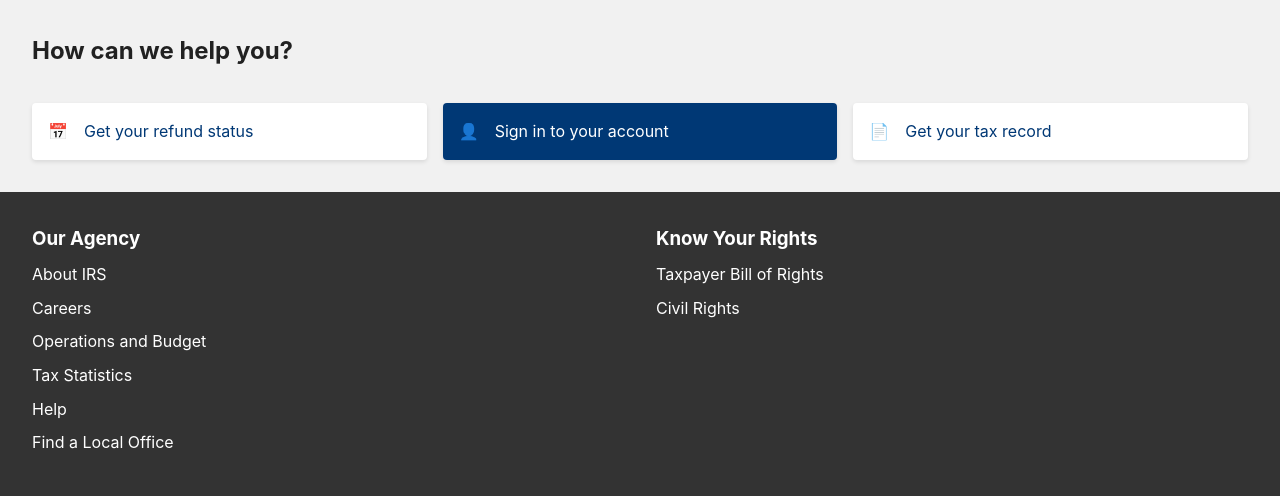
Repository: mdzaj-exe/Mockups
Page: index.html
An editor plug-in stored every save of this project. The page is shown before and after the next save, followed by the edit.
The browser window is 1280 px wide. The pictures show the part of the page from y = 362 to 891 px (the page is 858 px tall before and 891 px after).

Above is the page before, as saved 2024-11-22 12:54:39.

After the next save:
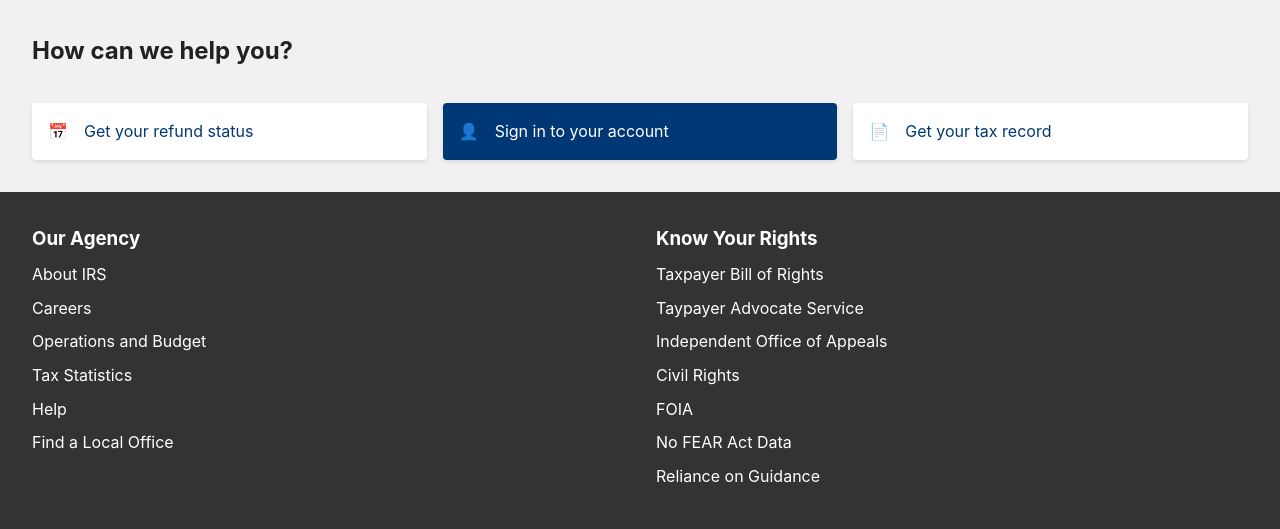
Saved 5 min 27 s later.
--- a/index.html
+++ b/index.html
@@ -75,7 +75,12 @@
         <div>
           <h3>Know Your Rights</h3>
           <a href="#">Taxpayer Bill of Rights</a>
+          <a href="#">Taypayer Advocate Service</a>
+          <a href="#">Independent Office of Appeals</a>
           <a href="#">Civil Rights</a>
+          <a href="#">FOIA</a>
+          <a href="#">No FEAR Act Data</a>
+          <a href="#">Reliance on Guidance</a>
         </div>
       </div>
     </footer>
